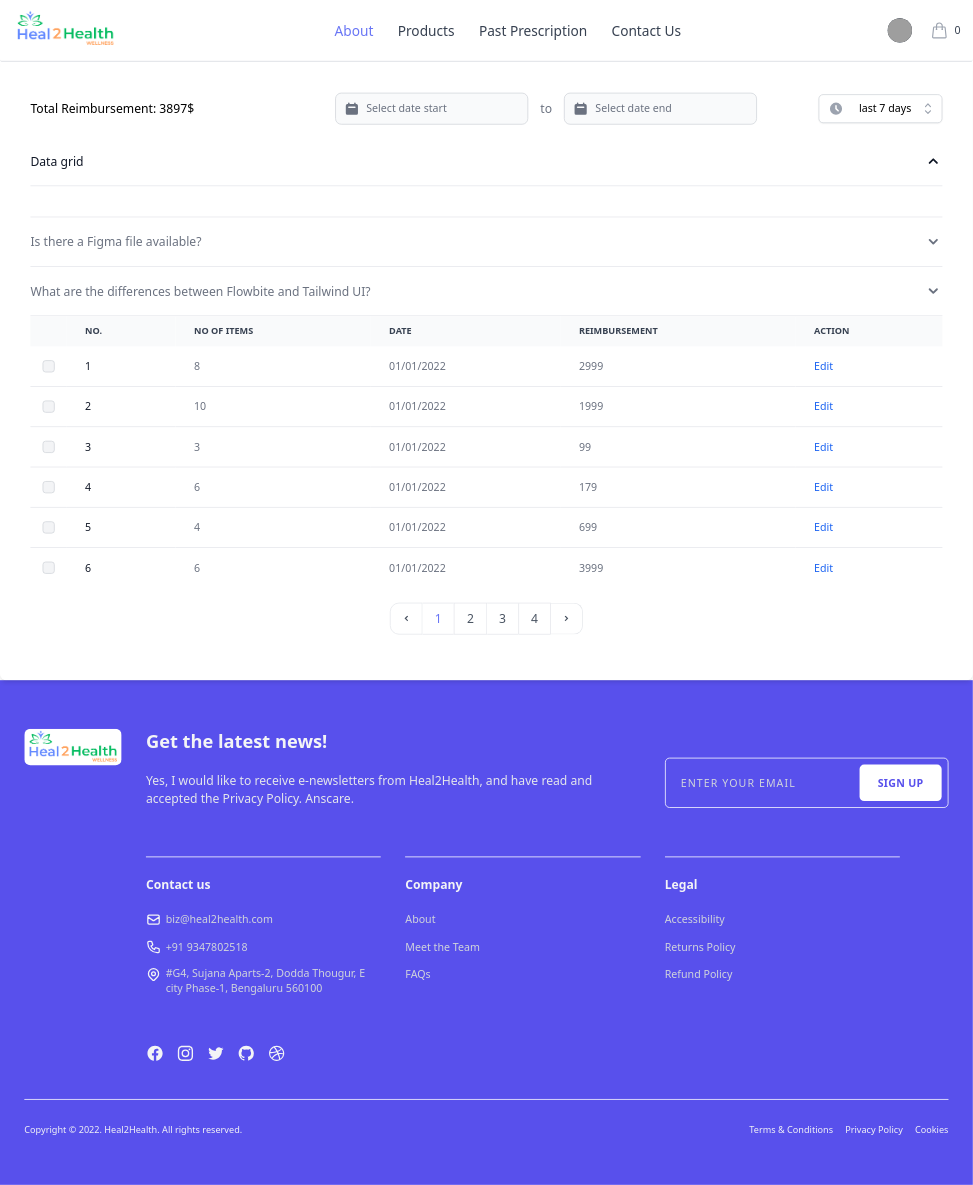
Repository: Akash123-coder/H2H
Page: /pastprescription (app in Frontend/)
An editor plug-in stored every save of this project. The page is shown before and after the next save, followed by the edit.
The browser window is 1280 px wide. The pictures show the whole page, at 76% of full size.
Pictures or frames that could not be fetched are drawn as grey boxes. The project was rebuilt for these pictures with package versions that can differ from the ones it lists, and the page was loaded fresh each time. Also part of the build but not shown: Frontend/vite.config.ts, Frontend/src/pages/About.tsx, Frontend/src/components/Cta.jsx, Frontend/src/pages/Home.jsx, Frontend/src/components/Product.tsx, Frontend/src/pages/Prescription.jsx, Frontend/src/pages/SignUp.jsx, Frontend/src/pages/Login.jsx and 1 more.

Above is the page before, as saved 2022-10-05 11:31:03.

After the next save:
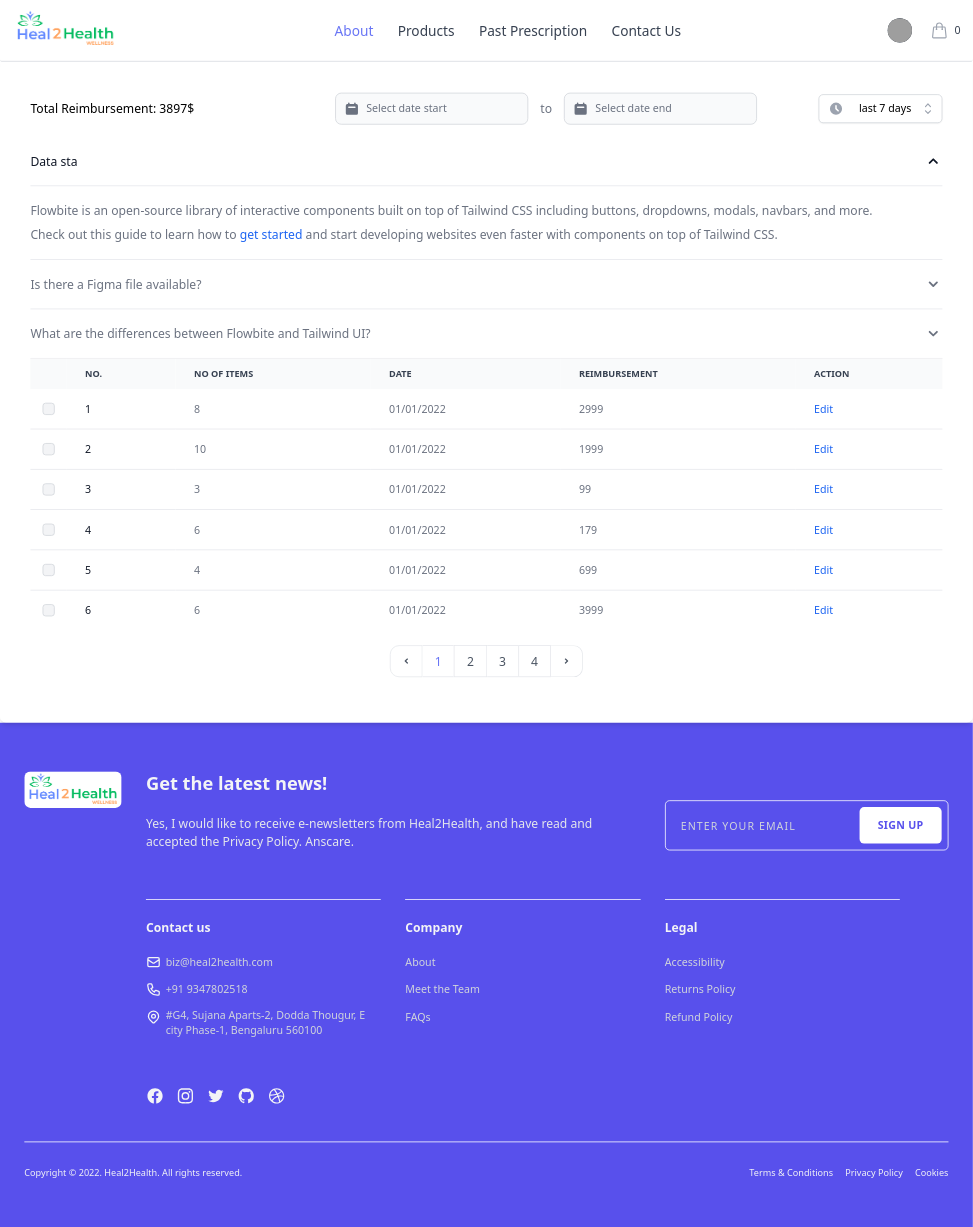
Saved 42 s later.
--- a/Frontend/src/pages/PastPrescription.jsx
+++ b/Frontend/src/pages/PastPrescription.jsx
@@ -21,14 +21,14 @@ function PastPrescription() {
 <div id="accordion-flush" data-accordion="collapse" data-active-classes="bg-white dark:bg-gray-900 text-gray-900 dark:text-white" data-inactive-classes="text-gray-500 dark:text-gray-400">
   <h2 id="accordion-flush-heading-1">
     <button type="button" class="flex items-center justify-between w-full py-5 font-medium text-left border-b border-gray-200 dark:border-gray-700 bg-white dark:bg-gray-900 text-gray-900 dark:text-white" data-accordion-target="#accordion-flush-body-1" aria-expanded="true" aria-controls="accordion-flush-body-1">
-      <span>Data grid</span>
+      <span>Data sta</span>
       <svg data-accordion-icon="" class="w-6 h-6 rotate-180 shrink-0" fill="currentColor" viewBox="0 0 20 20" xmlns="http://www.w3.org/2000/svg"><path fill-rule="evenodd" d="M5.293 7.293a1 1 0 011.414 0L10 10.586l3.293-3.293a1 1 0 111.414 1.414l-4 4a1 1 0 01-1.414 0l-4-4a1 1 0 010-1.414z" clip-rule="evenodd"></path></svg>
     </button>
   </h2>
   <div id="accordion-flush-body-1" class="" aria-labelledby="accordion-flush-heading-1">
     <div class="py-5 font-light border-b border-gray-200 dark:border-gray-700">
-
-
+      <p class="mb-2 text-gray-500 dark:text-gray-400">Flowbite is an open-source library of interactive components built on top of Tailwind CSS including buttons, dropdowns, modals, navbars, and more.</p>
+      <p class="text-gray-500 dark:text-gray-400">Check out this guide to learn how to <a href="/docs/getting-started/introduction/" class="text-blue-600 dark:text-blue-500 hover:underline">get started</a> and start developing websites even faster with components on top of Tailwind CSS.</p>
     </div>
   </div>
   <h2 id="accordion-flush-heading-2">
